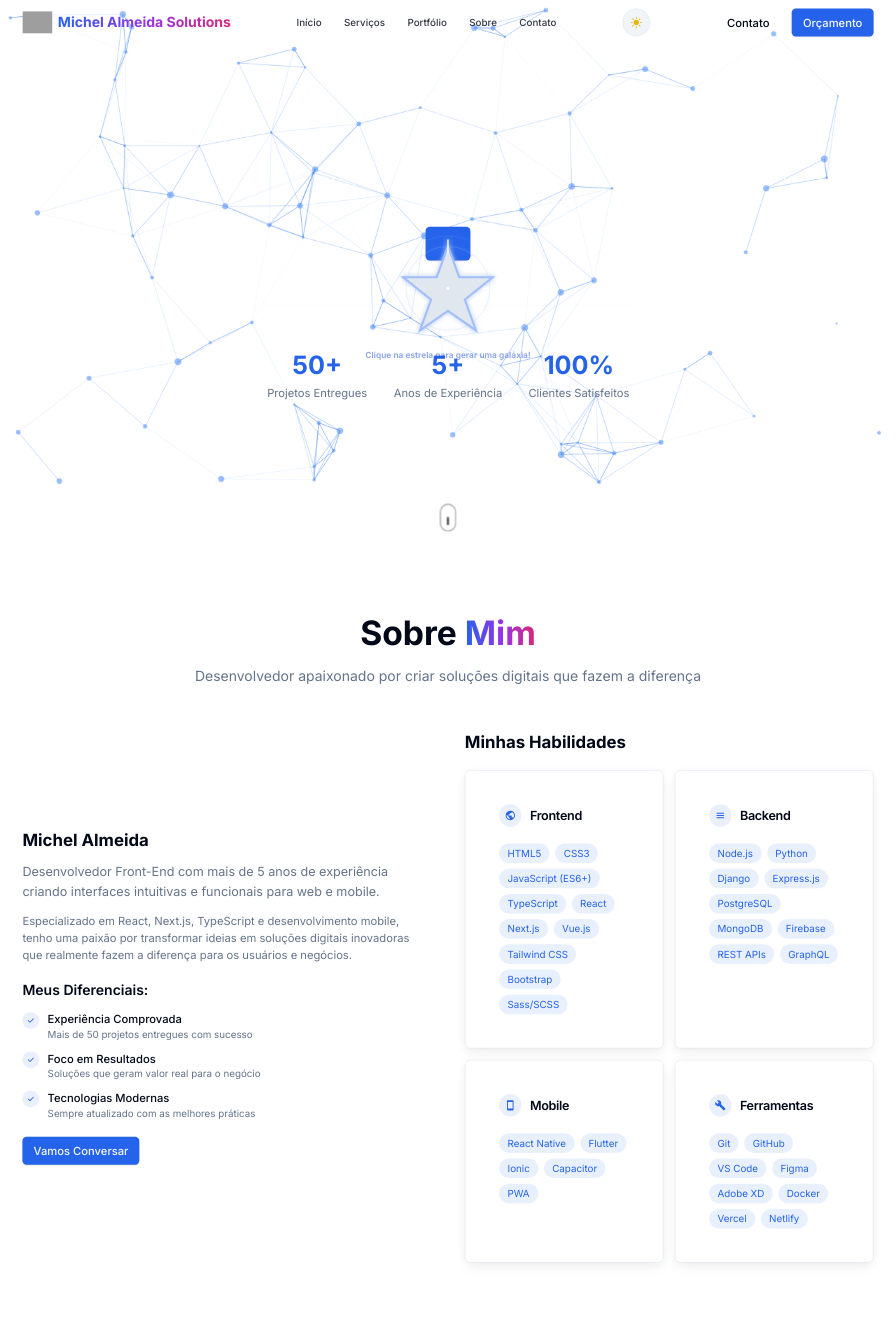
Repository: MichelAlmeida1990/Nexify-Solutions
Page: / (app in OneDrive/Área de Trabalho/Almeida - Solutions/)
The author's editor kept a copy of each file at every save. The page is drawn from the files as they stood at one save, then again after the next save.
The browser window is 1280 px wide. The pictures show the part of the page from y = 0 to 1920 px (the page is 7384 px tall), at 70% of full size.
Pictures or frames that could not be fetched are drawn as grey boxes. The project was rebuilt for these pictures with package versions that can differ from the ones it lists, and the page was loaded fresh each time. The framework's server and built-in components were replaced by stand-ins that run in the browser. Also part of the build but not shown: OneDrive/Área de Trabalho/Almeida - Solutions/next.config.js, OneDrive/Área de Trabalho/Almeida - Solutions/src/components/ui/loading-spinner.tsx.

Above is the page before, as saved 2025-06-30 14:33:53.

After the next save:
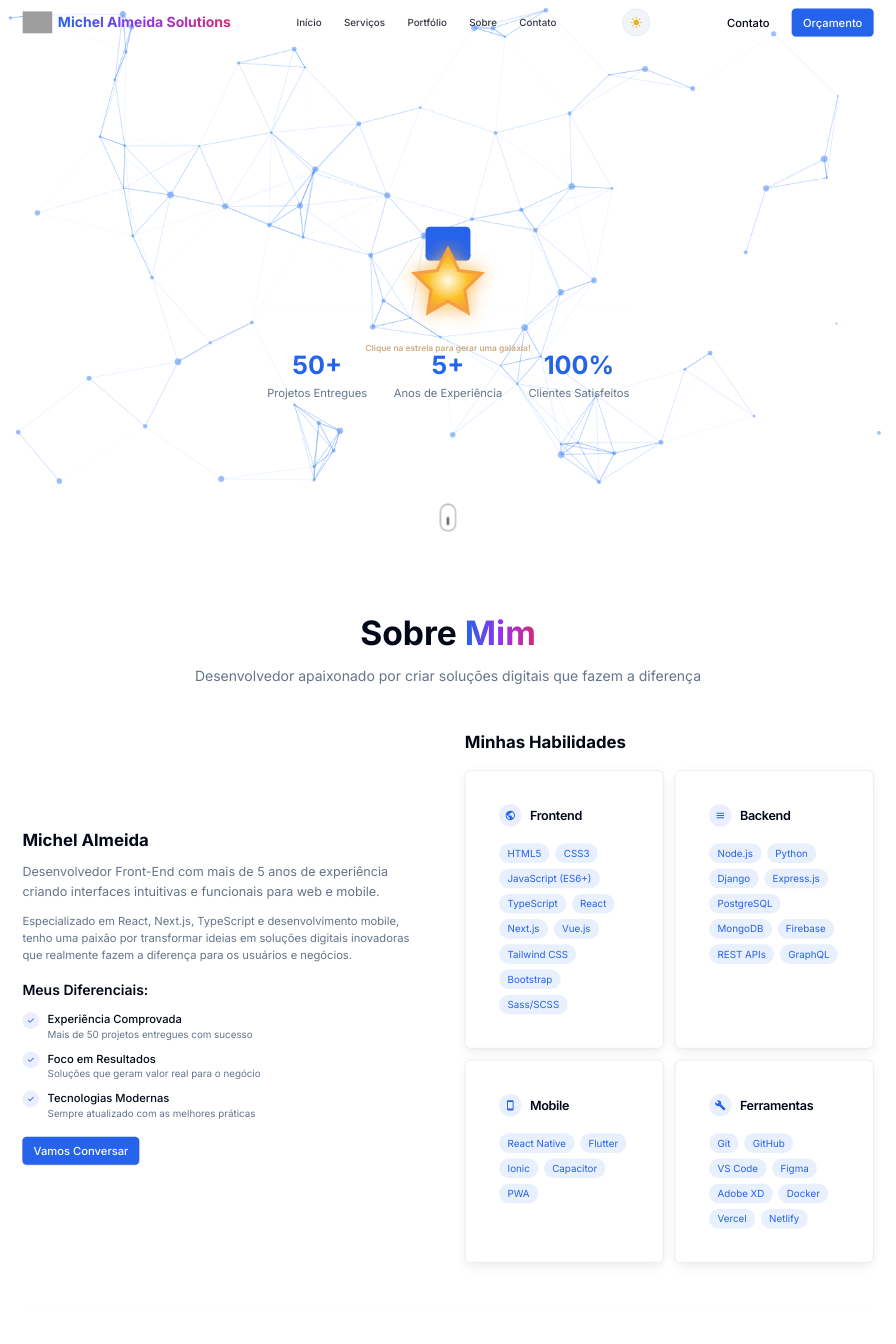
Saved 107 s later.
--- a/OneDrive/Área de Trabalho/Almeida - Solutions/src/components/sections/hero.tsx
+++ b/OneDrive/Área de Trabalho/Almeida - Solutions/src/components/sections/hero.tsx
@@ -133,33 +133,25 @@ const Hero: React.FC<HeroProps> = ({
 
       {/* Estrela central interativa */}
       <div className="absolute left-1/2 top-1/2 z-20 -translate-x-1/2 -translate-y-1/2 flex flex-col items-center cursor-pointer bg-transparent" onClick={handleStarClick} aria-label="Gerar Galáxia">
-        {/* SVG de estrela sofisticada */}
-        <svg width="160" height="160" viewBox="0 0 160 160" fill="none" xmlns="http://www.w3.org/2000/svg">
-          <g filter="url(#glow)">
-            <polygon points="80,20 96,64 144,64 104,96 120,140 80,112 40,140 56,96 16,64 64,64" fill="#e0e7ef" stroke="#a3bffa" strokeWidth="3"/>
-            <line x1="80" y1="10" x2="80" y2="30" stroke="#fff" strokeWidth="2"/>
-            <line x1="80" y1="150" x2="80" y2="130" stroke="#fff" strokeWidth="2"/>
-            <line x1="10" y1="80" x2="30" y2="80" stroke="#fff" strokeWidth="2"/>
-            <line x1="150" y1="80" x2="130" y2="80" stroke="#fff" strokeWidth="2"/>
-            <circle cx="80" cy="80" r="60" stroke="#a3bffa" strokeWidth="1" fill="none" opacity="0.3"/>
-            <circle cx="80" cy="80" r="75" stroke="#fff" strokeWidth="0.5" fill="none" opacity="0.15"/>
-            <circle cx="80" cy="80" r="2" fill="#fff"/>
-            <circle cx="120" cy="40" r="1.5" fill="#fff"/>
-            <circle cx="40" cy="120" r="1.5" fill="#fff"/>
-            <circle cx="120" cy="120" r="1" fill="#fff"/>
-            <circle cx="40" cy="40" r="1" fill="#fff"/>
-          </g>
+        {/* SVG de estrela colorida e vibrante, sem fundo */}
+        <svg width="140" height="140" viewBox="0 0 64 64" fill="none" xmlns="http://www.w3.org/2000/svg">
           <defs>
-            <filter id="glow" x="0" y="0" width="160" height="160" filterUnits="userSpaceOnUse">
-              <feGaussianBlur stdDeviation="4" result="coloredBlur"/>
+            <radialGradient id="starGradient" cx="50%" cy="50%" r="50%" fx="50%" fy="50%">
+              <stop offset="0%" stop-color="#fffbe6"/>
+              <stop offset="60%" stop-color="#fbbf24"/>
+              <stop offset="100%" stop-color="#f59e42"/>
+            </radialGradient>
+            <filter id="starGlow" x="-20" y="-20" width="104" height="104" filterUnits="userSpaceOnUse">
+              <feGaussianBlur stdDeviation="6" result="glow"/>
               <feMerge>
-                <feMergeNode in="coloredBlur"/>
+                <feMergeNode in="glow"/>
                 <feMergeNode in="SourceGraphic"/>
               </feMerge>
             </filter>
           </defs>
+          <polygon filter="url(#starGlow)" points="32,6 39.09,20.36 54,22.18 43,32.9 45.18,48 32,40.27 18.82,48 21,32.9 10,22.18 24.91,20.36" fill="url(#starGradient)" stroke="#f59e42" stroke-width="2"/>
         </svg>
-        <span className="mt-2 text-xs text-blue-700 font-semibold animate-pulse">Clique na estrela para gerar uma galáxia!</span>
+        <span className="mt-2 text-xs text-yellow-700 font-semibold animate-pulse">Clique na estrela para gerar uma galáxia!</span>
       </div>
 
       {/* Content */}
